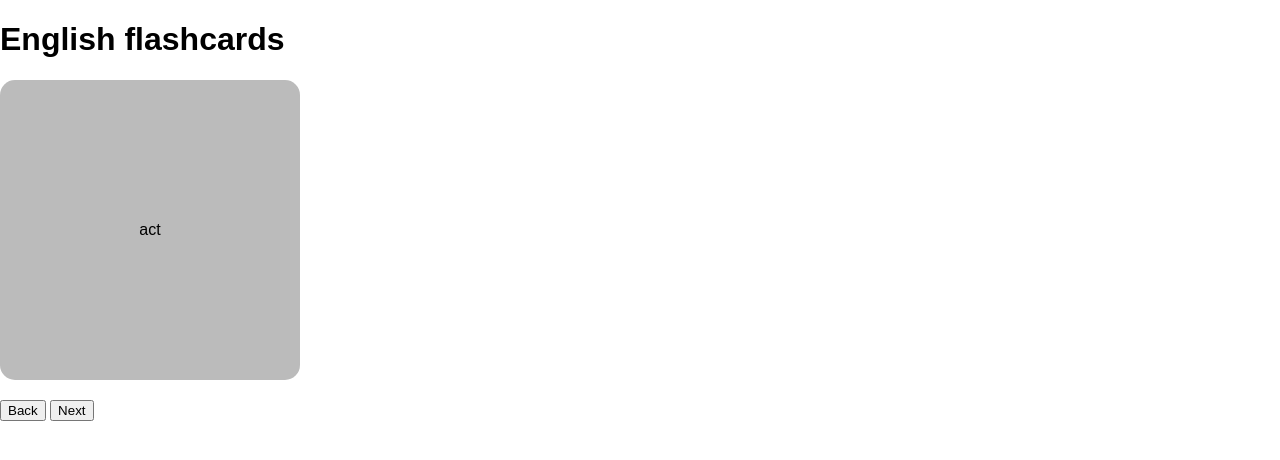
Repository: AdrianGizycki/English-Flashcards
Page: index.html
These files come from the project's save history. The page is drawn as it stood at one moment and after the next save; the edit follows.
The browser window is 1280 px wide. The pictures show the whole page.

Above is the page before, as saved 2019-09-15 15:25:05.

After the next save:
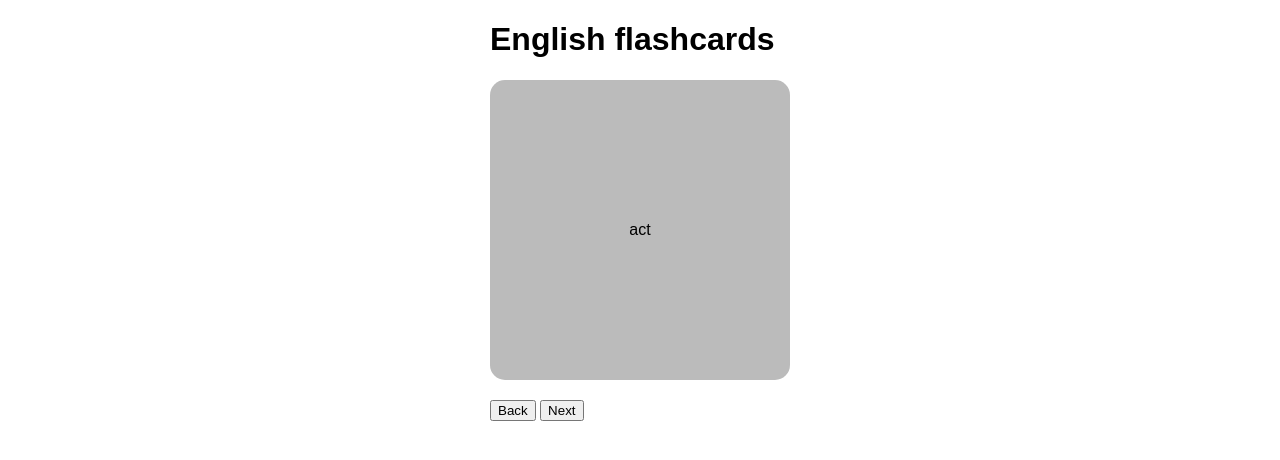
Saved 7 s later.
--- a/style.css
+++ b/style.css
@@ -5,13 +5,13 @@ body {
     margin: 0;
     box-sizing: border-box;
   }
-  /* .mainDiv {
+  .mainDiv {
     height: 100%;
     width: 100%;
     display: flex;
     justify-content: center;
     justify-items: center;
-  } */
+  }
 
   .flip-card {
     background-color: transparent;
